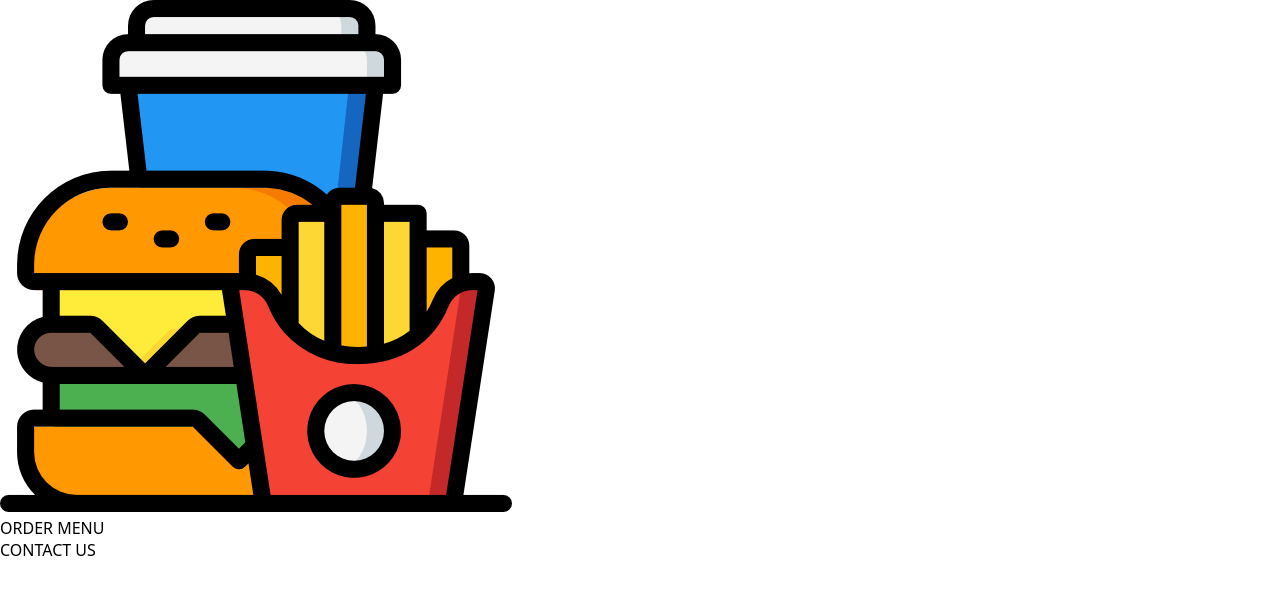
Repository: duc-thanh-2303/food
Page: index.html
The author's editor kept a copy of each file at every save. The page is drawn from the files as they stood at one save, then again after the next save.
The browser window is 1280 px wide. The pictures show the whole page.

Above is the page before, as saved 2022-11-29 14:09:06.

After the next save:
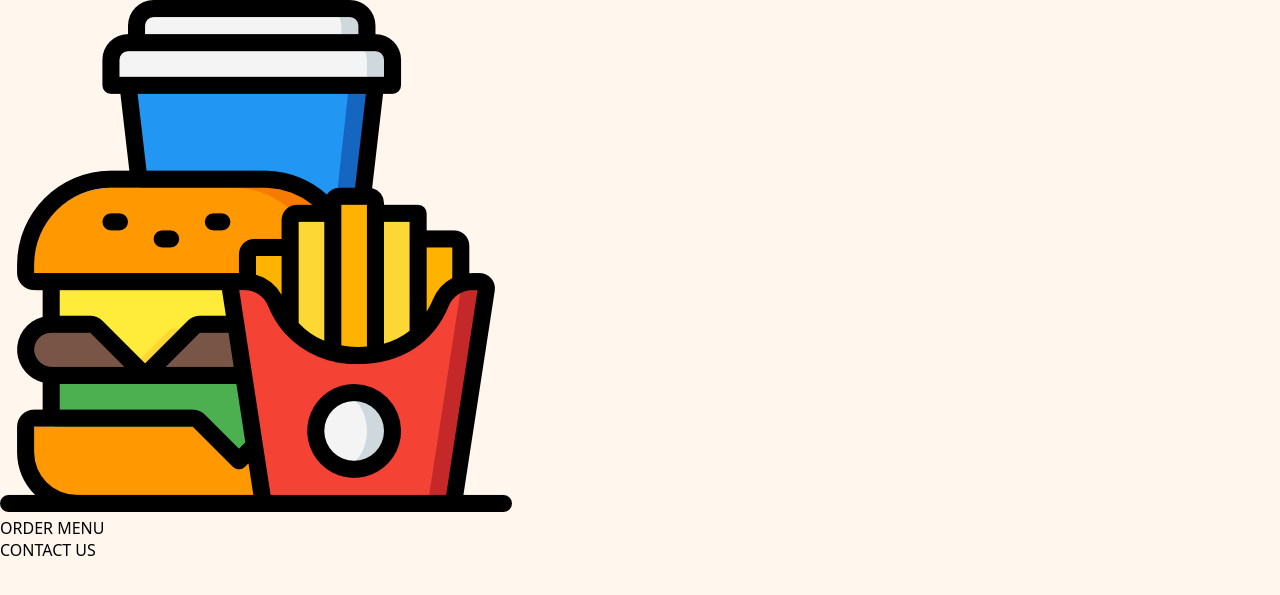
Saved 19 s later.
--- a/css/main.css
+++ b/css/main.css
@@ -14,5 +14,6 @@
 }
 
 body {
+    background-color: var(--white);
     font-family: system-ui, -apple-system, BlinkMacSystemFont, 'Segoe UI', Roboto, Oxygen, Ubuntu, Cantarell, 'Open Sans', 'Helvetica Neue', sans-serif;
 }
